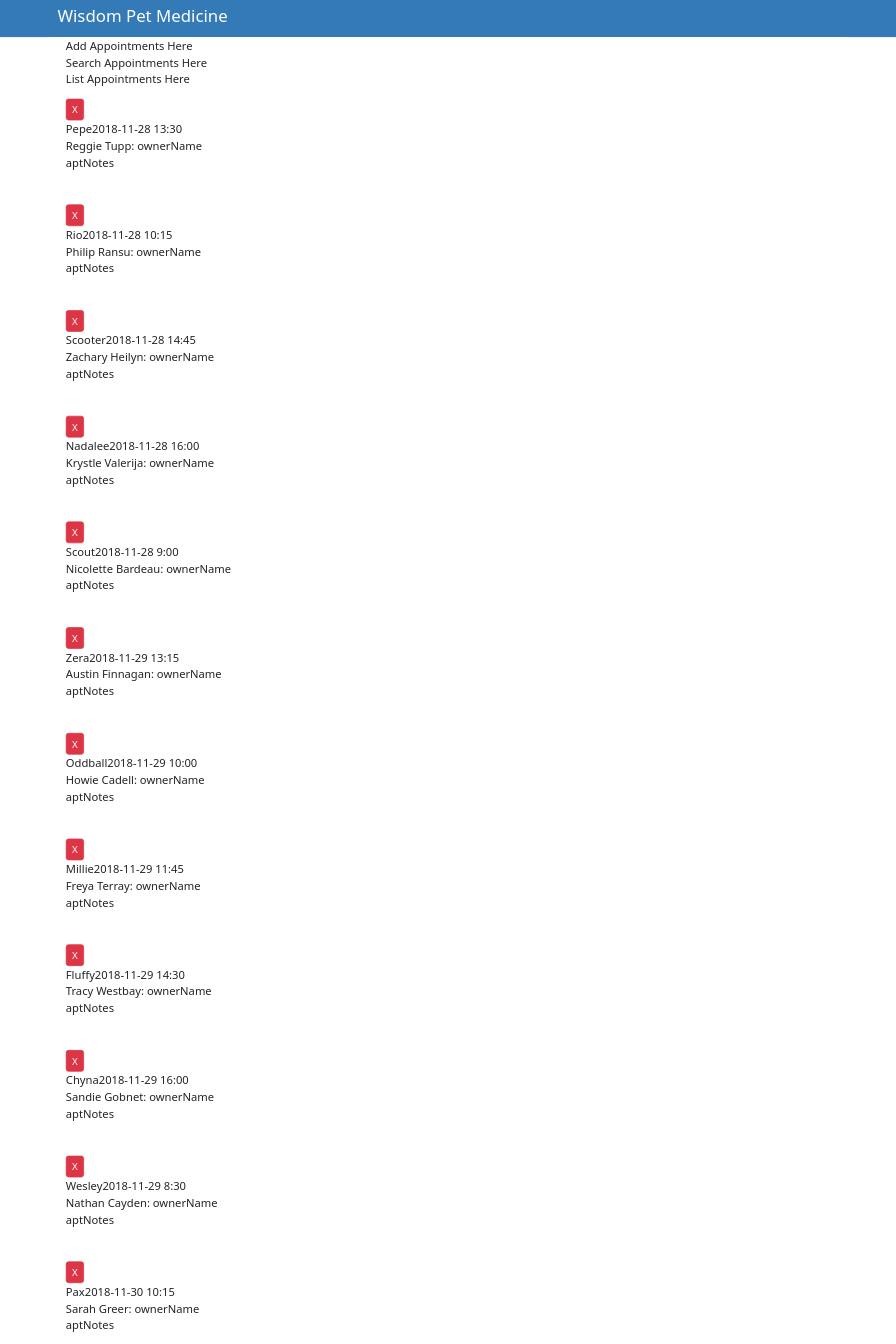
Repository: DevLuDaley/reactinterface
Page: /
These files come from the project's save history. The page is drawn as it stood at one moment and after the next save; the edit follows.
The browser window is 1280 px wide. The pictures show the part of the page from y = 0 to 1920 px (the page is 3954 px tall), at 70% of full size.
The project was rebuilt for these pictures with package versions that can differ from the ones it lists, and the page was loaded fresh each time. Also part of the build but not shown: src/css/App.css.

Above is the page before, as saved 2021-02-04 18:10:53.

### public/index.html
<!DOCTYPE html>
<html lang="en">
  <head>
    <meta charset="utf-8" />
    <link rel="icon" href="%PUBLIC_URL%/favicon.ico" />
    <meta name="viewport" content="width=device-width, initial-scale=1" />
    <meta name="theme-color" content="#000000" />
    <meta
      name="description"
      content="Web site created using create-react-app"
    />
    <link rel="apple-touch-icon" href="%PUBLIC_URL%/logo192.png" />
    <!--
      manifest.json provides metadata used when your web app is installed on a
      user's mobile device or desktop. See https://developers.google.com/web/fundamentals/web-app-manifest/
    -->
    <link rel="manifest" href="%PUBLIC_URL%/manifest.json" />
    <!--
      Notice the use of %PUBLIC_URL% in the tags above.
      It will be replaced with the URL of the `public` folder during the build.
      Only files inside the `public` folder can be referenced from the HTML.

      Unlike "/favicon.ico" or "favicon.ico", "%PUBLIC_URL%/favicon.ico" will
      work correctly both with client-side routing and a non-root public URL.
      Learn how to configure a non-root public URL by running `npm run build`.
    -->
    <title>React App</title>
  </head>
  <body>
    <noscript>You need to enable JavaScript to run this app.</noscript>
    <header class="container text-white">
      <h4 class="py-2">Wisdom Pet Medicine</h4>
    </header>

    <div id="root"></div>

    <footer class="container d-flex text-white py-2">
      <p>
        All contents &copy; 2018
        <a href="https://www.linkedin.com/learning">LinkedIn Learning</a>. All
        rights reserved.
      </p>
      <div class="ml-auto">
        <a class="d-block text-white" href="#">Terms of use</a>
        <a class="d-block text-white" href="#">Privacy policy</a>
      </div>
      <!-- col-md-6 -->
    </footer>
    <!-- footer -->
  </body>
</html>

### src/index.js
import React from 'react';
import ReactDOM from 'react-dom';
import 'bootstrap/dist/css/bootstrap.css'
import './css/index.css';
import App from './components/App';
import reportWebVitals from './reportWebVitals';
// import * as serviceWorker from './serviceWorker';
import 'jquery/dist/jquery'
import 'popper.js/dist/umd/popper'
import 'bootstrap/dist/js/bootstrap'

ReactDOM.render(
  <React.StrictMode>
    <App />
  </React.StrictMode>,
  document.getElementById('root')
);

// If you want to start measuring performance in your app, pass a function
// to log results (for example: reportWebVitals(console.log))
// or send to an analytics endpoint. Learn more: https://bit.ly/CRA-vitals
// serviceWorker.unregister()
reportWebVitals();

### src/components/App.js
import React, { Component } from 'react'
import '../css/App.css';
import AddAppointments from './AddAppointments';
import SearchAppointments from './SearchAppointments';
import ListAppointments from './ListAppointments';

class App extends Component {
  constructor(props) {
    super(props);
    this.state = {
      // myName: 'LH',
      authorized: true,
      myAppointments: []
     }
  }
  componentDidMount() {
    fetch('./data.json')
    .then(response => response.json())
    .then(result => {
      const apts = result.map(item => {
        return item;
      })
      this.setState({
        myAppointments: apts
      })
    })
  }

  render() {
    // const listItems = this.state.myAppointments.map(item => (
    //   <div>
    //     <div>
    //       {item.petName}
    //     </div>
    //       <div>{item.ownerName}</div>
    //   </div>
    // ))
    return (
      // <div className="App">
            <main className="page bg-white" id="petratings">
        <div className="container">
          <div className="row">
            <div className="col-md-12 bg-white">
              <div className="container">
              {/* { this.state.myName} */}
              {/* { listItems } */}
                <div> <AddAppointments /> </div>
                <div> <SearchAppointments authorized={true}/> </div>
                <div> <ListAppointments appointments={this.state.myAppointments} /> </div>
              </div>
            </div>
          </div>
        </div>
      </main>
    // </div>
      );
  }
}

export default App;

### src/components/AddAppointments.js
import React, { Component } from 'react'

class AddAppointments extends Component {
    constructor(props) {
        super(props);
        this.state = {  }
    }
    render() {
        return (
            <div>
                Add Appointments Here
            </div>
         );
    }
}

export default AddAppointments;

### src/components/SearchAppointments.js
import React, { Component } from 'react'
class SearchAppointments extends Component {
    constructor(props) {
        super(props);
        this.state = {  }
    }
    render() {
        return (
        <div>
            Search Appointments Here
        </div>
        );
    }
}

export default SearchAppointments;

### src/components/ListAppointments.js
import React, { Component } from 'react'

class ListAppointments extends Component {
    constructor(props) {
        super(props);
        this.state = {  }
    }
    render() {
    //   const listItems = this.state.myAppointments.map(item => (
      const listItems = this.props.appointments.map(item => (
            <div>
                <div>
                {item.petName} -- {item.ownerName}</div>
            </div>
    ))



        return (
        <div>
            List Appointments Here
            {/* {listItems} */}
            {this.props.appointments.map(item => (
                <div className="appointment-list item-list mb-3">
          <div className="pet-item col media py-3">
            <div className="mr-3">
              <button className="pet-delete btn btn-sm btn-danger">X</button>
            </div>

            <div className="pet-info media-body">
              <div className="pet-head d-flex">
                <span className="pet-name">{item.petName}</span>
                <span className="apt-date ml-auto">{item.aptDate}</span>
              </div>

              <div className="owner-name">
                <span className="label-item">{item.ownerName}: </span>
                <span>ownerName</span>
              </div>
              <div className="apt-notes">aptNotes</div>
            </div>
          </div>
      </div>
            ))}

        </div>
        );
    }
}
export default ListAppointments;

### public/data.json
[
  {
    "petName": "Pepe",
    "ownerName": "Reggie Tupp",
    "aptNotes": "It's time for this rabbit's post spaying surgery checkup",
    "aptDate": "2018-11-28 13:30"
  },
  {
    "petName": "Rio",
    "ownerName": "Philip Ransu",
    "aptNotes": "Rio is up for his next round of vaccinations",
    "aptDate": "2018-11-28 10:15"
  },
  {
    "petName": "Scooter",
    "ownerName": "Zachary Heilyn",
    "aptNotes": "Scooter has been pawing at his ear and may have an ear infection",
    "aptDate": "2018-11-28 14:45"
  },
  {
    "petName": "Nadalee",
    "ownerName": "Krystle Valerija",
    "aptNotes": "This dog is coming in for his monthly nail trim and grooming",
    "aptDate": "2018-11-28 16:00"
  },
  {
    "petName": "Scout",
    "ownerName": "Nicolette Bardeau",
    "aptNotes": "This dog is coming in for his annual checkup and vaccinations",
    "aptDate": "2018-11-28 9:00"
  },
  {
    "petName": "Zera",
    "ownerName": "Austin Finnagan",
    "aptNotes": "This iguana's is showing signs of dementia associated with his old age",
    "aptDate": "2018-11-29 13:15"
  },
  {
    "petName": "Oddball",
    "ownerName": "Howie Cadell",
    "aptNotes": "Oddball has a hard lump on right front foot",
    "aptDate": "2018-11-29 10:00"
  },
  {
    "petName": "Millie",
    "ownerName": "Freya Terray",
    "aptNotes": "MIllie has exhibited signs of an upset stomach and is not eating regularly",
    "aptDate": "2018-11-29 11:45"
  },
  {
    "petName": "Fluffy",
    "ownerName": "Tracy Westbay",
    "aptNotes": "Fluffy has some matted hair that needs to be groomed",
    "aptDate": "2018-11-29 14:30"
  },
  {
    "petName": "Chyna",
    "ownerName": "Sandie Gobnet",
    "aptNotes": "This turtle is coming in for a checkup and to be tested for Salmonella",
    "aptDate": "2018-11-29 16:00"
  },
  {
    "petName": "Wesley",
    "ownerName": "Nathan Cayden",
    "aptNotes": "This dog is returning for his next heartworm treatment visit",
    "aptDate": "2018-11-29 8:30"
  },
  {
    "petName": "Pax",
    "ownerName": "Sarah Greer",
    "aptNotes": "This senior dog has been sluggish and showing lethargic behavior",
    "aptDate": "2018-11-30 10:15"
  },
  {
    "petName": "Squiggles",
    "ownerName": "Madisyn Roope",
    "aptNotes": "Squiggles is due for her annual checkup and vaccinations",
    "aptDate": "2018-11-30 11:30"
  },
  {
    "petName": "Lucky",
    "ownerName": "Lisa Choy-Wu",
    "aptNotes": "This cat has tartar buildup and her owner would like his teeth cleaned",
    "aptDate": "2018-11-30 14:30"
  },
  {
    "petName": "Bailey",
    "ownerName": "Leslie Richardson",
    "aptNotes": "This cat is suffering from hotspots and dermatitis",
    "aptDate": "2018-11-30 15:45"
  },
  {
    "petName": "Kiko",
    "ownerName": "Kathlyn Zlata",
    "aptNotes": "Kiko has been exhibiting excessive thirst and weight loss for the past few weeks",
    "aptDate": "2018-11-30 9:00"
  },
  {
    "petName": "Felix",
    "ownerName": "Francine Benet",
    "aptNotes": "Felix's mom is coming in to follow up on  lab work results",
    "aptDate": "2018-12-1 13:00"
  },
  {
    "petName": "Sami",
    "ownerName": "Maggie Rickland",
    "aptNotes": "Sami has had some changes in his bathroom in habits",
    "aptDate": "2018-12-1 10:00"
  },
  {
    "petName": "Cosmo",
    "ownerName": "Jennifer Dawson",
    "aptNotes": "Cosmo's mom would like us to check for arthritic conditions and do a routine checkup",
    "aptDate": "2018-12-1 11:30"
  },
  {
    "petName": "Casper",
    "ownerName": "Dalania Devitto",
    "aptNotes": "This dog is coming in for a nail trim and grooming",
    "aptDate": "2018-12-1 15:15"
  },
  {
    "petName": "Chip",
    "ownerName": "Jason Hemlock",
    "aptNotes": "This fish has a spotty white patch developing on his back ",
    "aptDate": "2018-12-1 8:45"
  },
  {
    "petName": "Tibbs",
    "ownerName": "Shad Cayden",
    "aptNotes": "Tibbs has had an ongoing rash and cold symptoms and we are going to run allergy tests",
    "aptDate": "2018-12-2 13:30"
  },
  {
    "petName": "Stich",
    "ownerName": "Dennis Nicholback",
    "aptNotes": "Stich has been having some stomach issues and is due for his vaccinations",
    "aptDate": "2018-12-2 10:15"
  },
  {
    "petName": "Shadow",
    "ownerName": "Audry Topsy",
    "aptNotes": "This cat has a red swollen eye with a discharge",
    "aptDate": "2018-12-2 15:00"
  },
  {
    "petName": "Nugget",
    "ownerName": "Darla Branson",
    "aptNotes": "This little fish Nugget, has  a rash on his stomach area",
    "aptDate": "2018-12-2 9:00"
  }
]

Loaded but not shown: src/css/index.css (common file); src/reportWebVitals.js (common file)

After the next save:
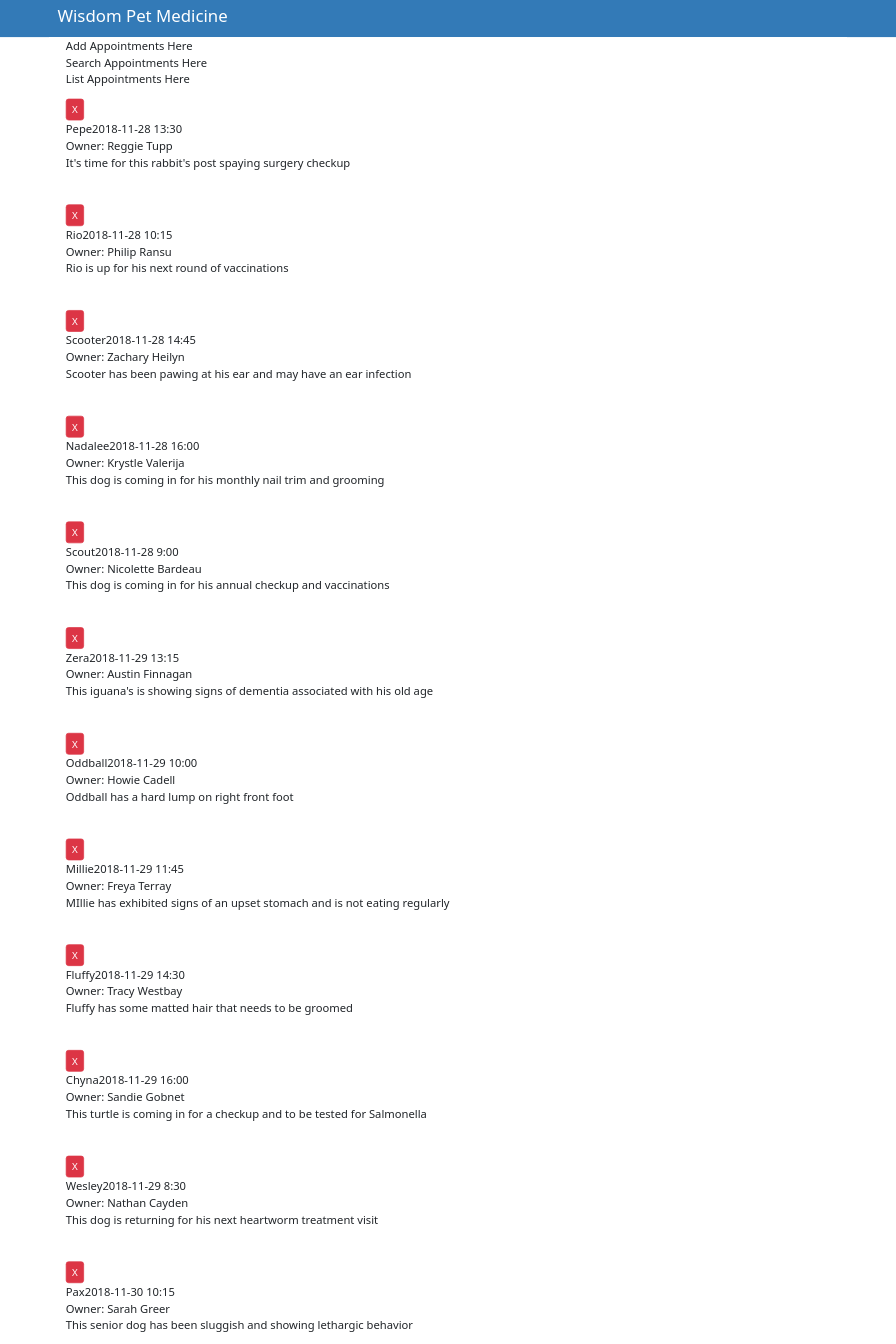
Saved 51 s later.
--- a/src/components/ListAppointments.js
+++ b/src/components/ListAppointments.js
@@ -34,10 +34,10 @@ class ListAppointments extends Component {
               </div>
 
               <div className="owner-name">
-                <span className="label-item">{item.ownerName}: </span>
-                <span>ownerName</span>
+                <span className="label-item">Owner: </span>
+                <span>{item.ownerName}</span>
               </div>
-              <div className="apt-notes">aptNotes</div>
+              <div className="apt-notes">{item.aptNotes}</div>
             </div>
           </div>
       </div>
